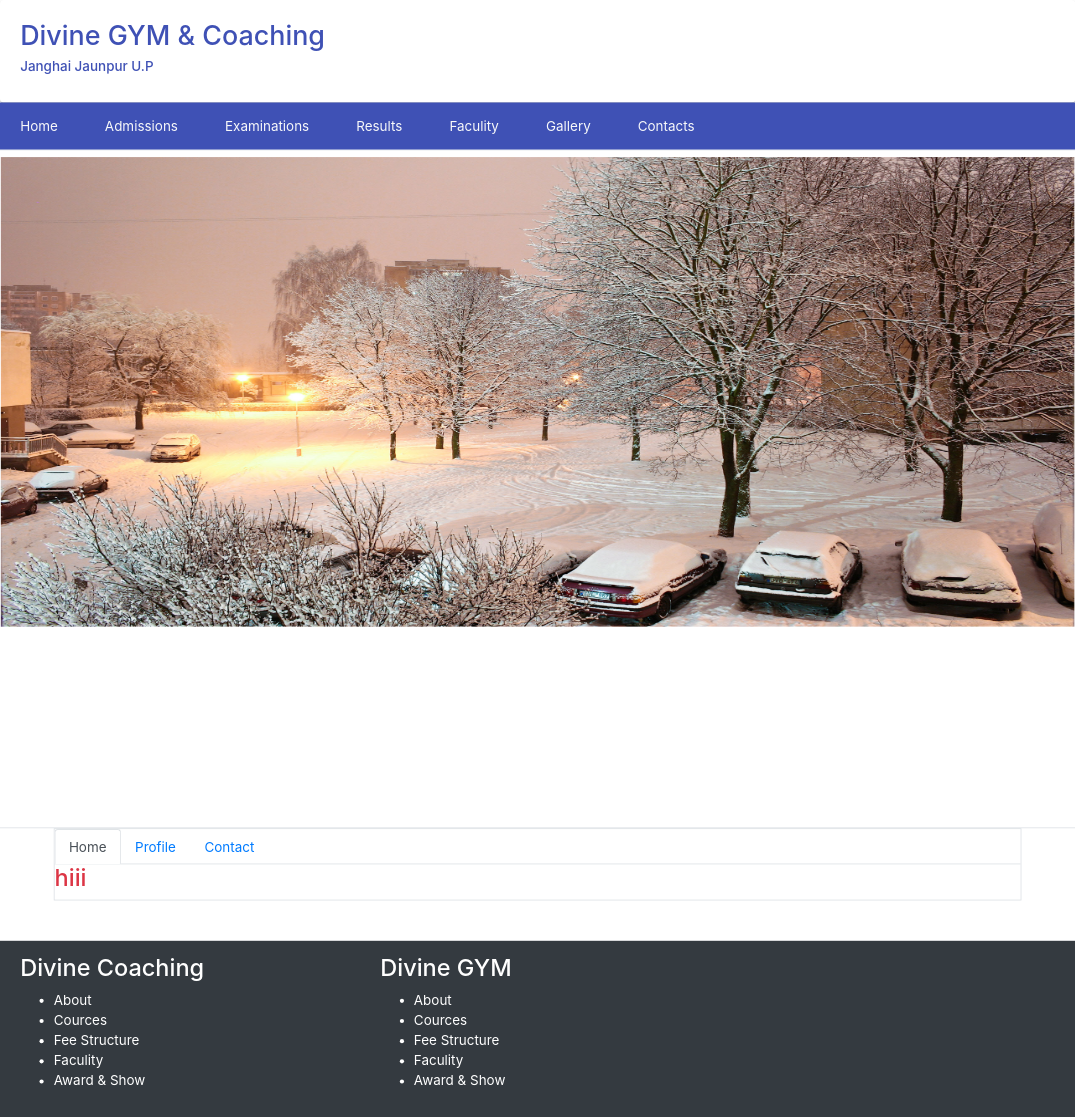
Repository: lalji-yadav/vikash-Coaching-frontend
Page: /gallery
An editor plug-in stored every save of this project. The page is shown before and after the next save, followed by the edit.
The browser window is 1280 px wide. The pictures show the whole page, at 84% of full size.
The project was rebuilt for these pictures with package versions that can differ from the ones it lists, and the page was loaded fresh each time. Also part of the build but not shown: src/index.css, src/home/home.js, src/component/admission/admission.js, src/component/examination/examination.js, src/component/results/result.js, src/component/faculity/faculity.js.

Above is the page before, as saved 2021-04-11 14:13:36.

After the next save:
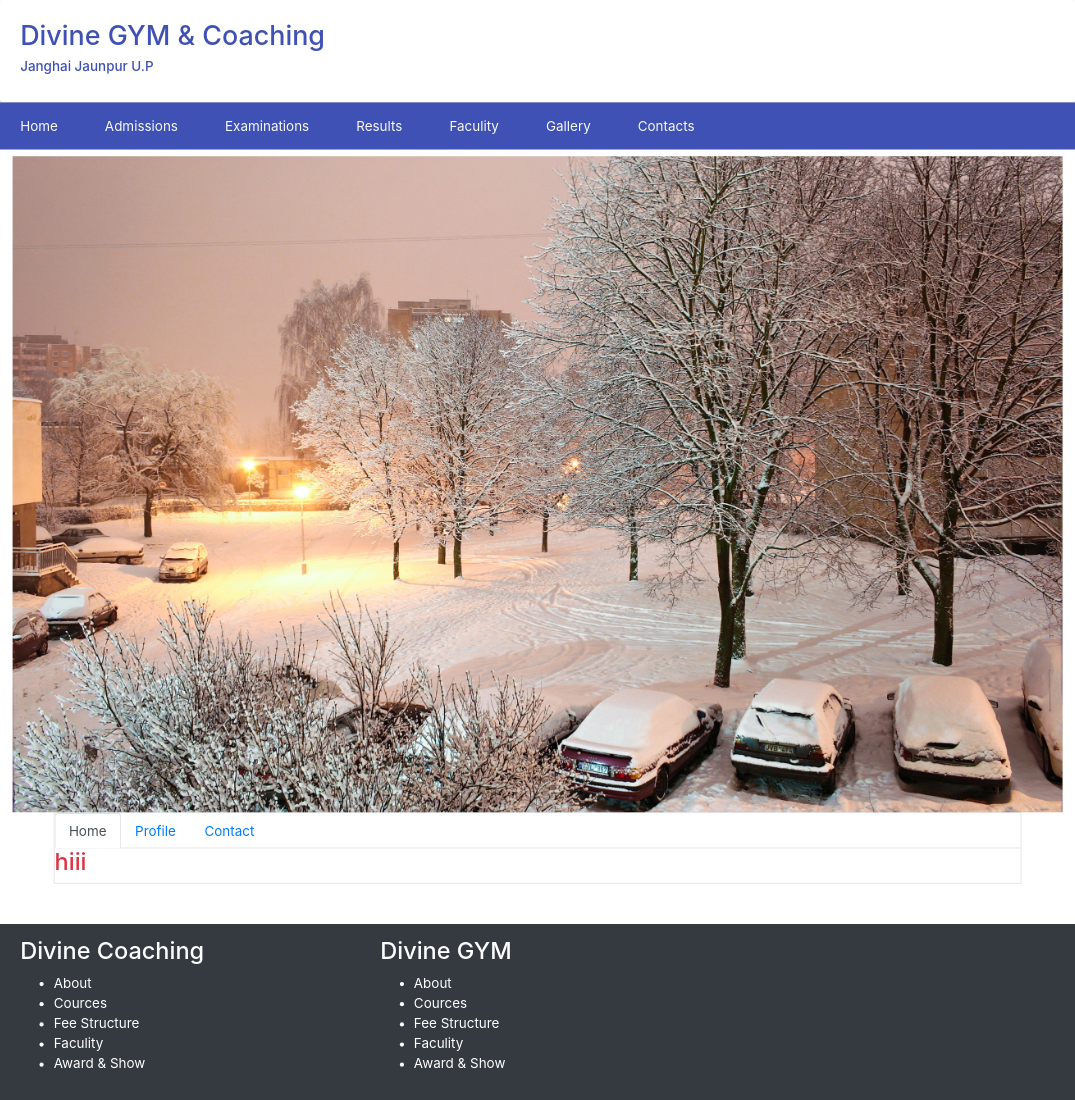
Saved 20 s later.
--- a/src/component/gallery/gallery.js
+++ b/src/component/gallery/gallery.js
@@ -8,7 +8,7 @@ class gallery extends Component {
     return (
       <div>
 
-        <div className="row border">
+        <div className="">
           <div className="col-sm-12 mt-2">
             <img
               style={{ width: "100%", height: "70%" }}
